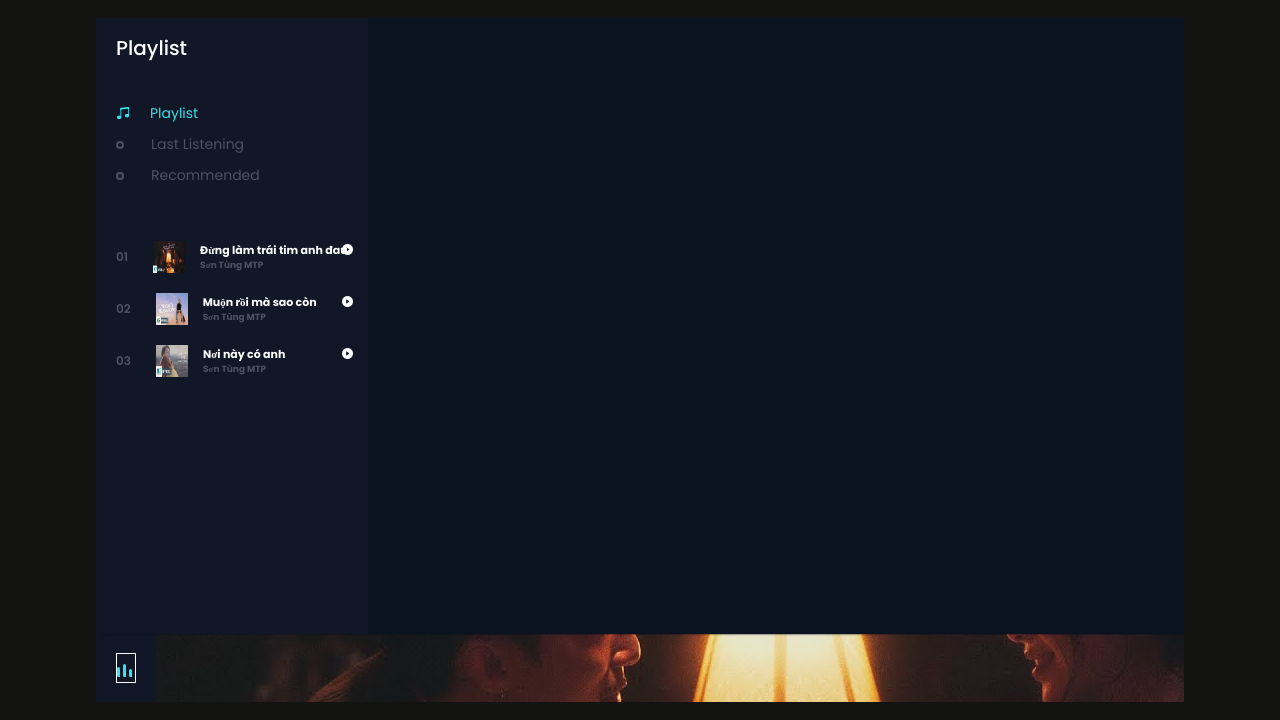
Repository: reminzuetto/Music-Website
Page: index.html
The author's editor kept a copy of each file at every save. The page is drawn from the files as they stood at one save, then again after the next save.
The browser window is 1280 px wide. The pictures show the whole page.

Above is the page before, as saved 2024-06-10 23:28:00.

After the next save:
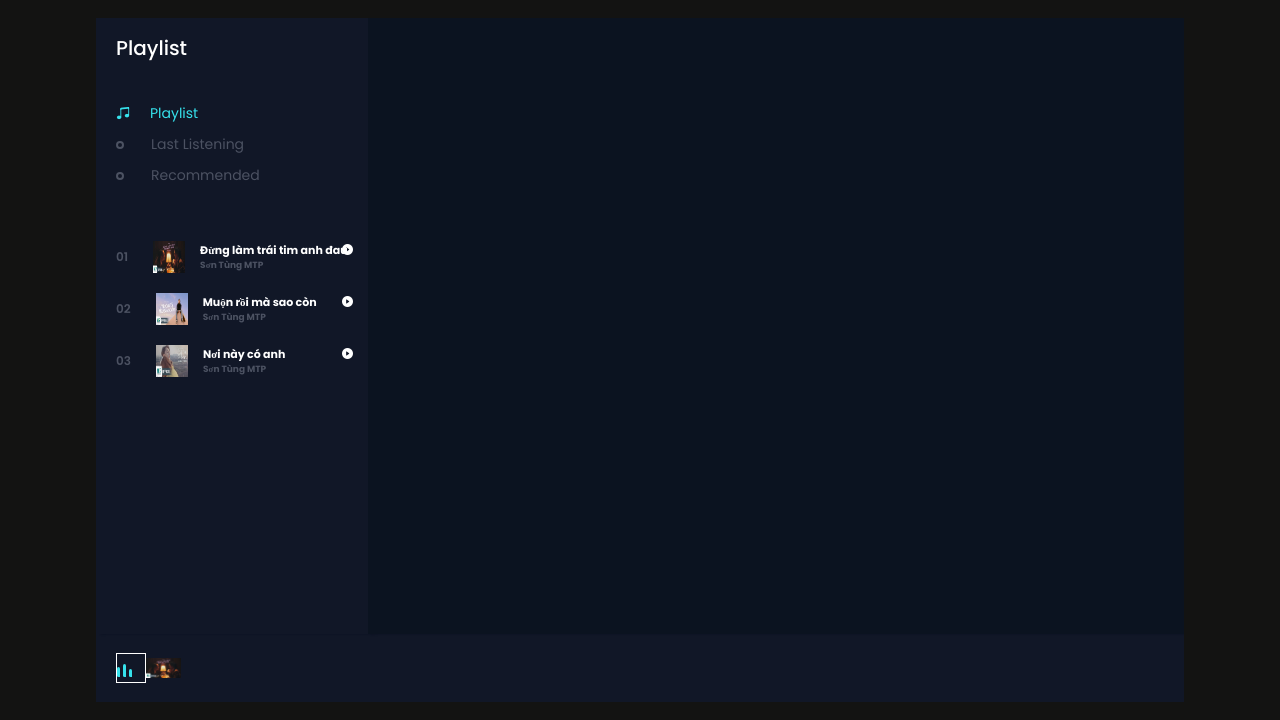
Saved 6 s later.
--- a/style.css
+++ b/style.css
@@ -211,8 +211,5 @@ header .master_play .active2 .wave1:nth-child(3) {
 }
 
 header .master_play img {
-  margin-left: 20px;
-  font-size: 20px;
-  color: #36e2ec;
-  cursor: pointer;
-}
+  width: 35px;
+}
